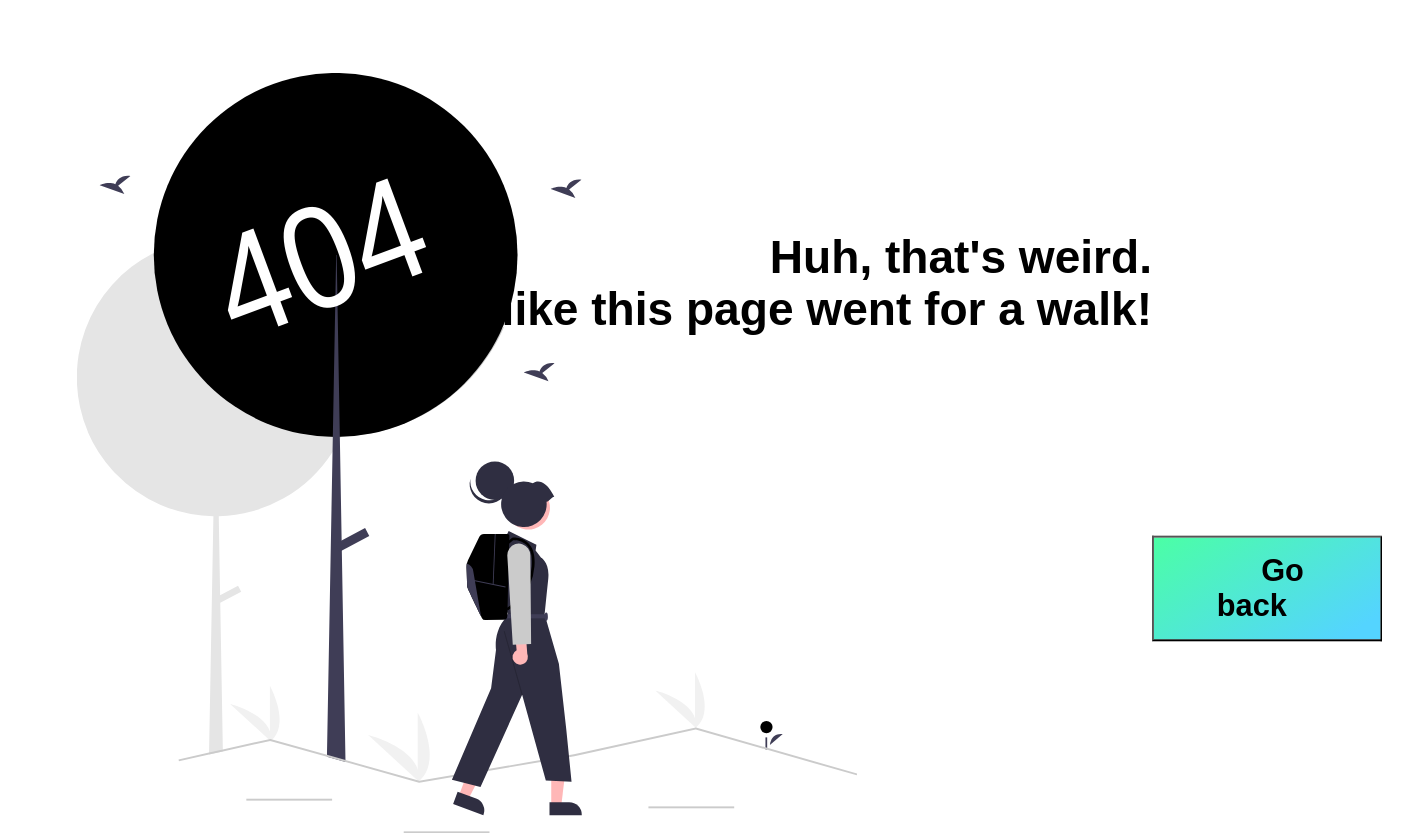
Repository: TeeJaysDev/Portfolio
Page: 404.html
An editor plug-in stored every save of this project. The page is shown before and after the next save, followed by the edit.
The browser window is 1280 px wide. The page is 1440 px wide, then 1472 px, so the pictures cover 1472 px, including what lies to the right of the window. The pictures show the whole page, at 96% of full size.

Above is the page before, as saved 2021-06-11 23:27:16.

After the next save:
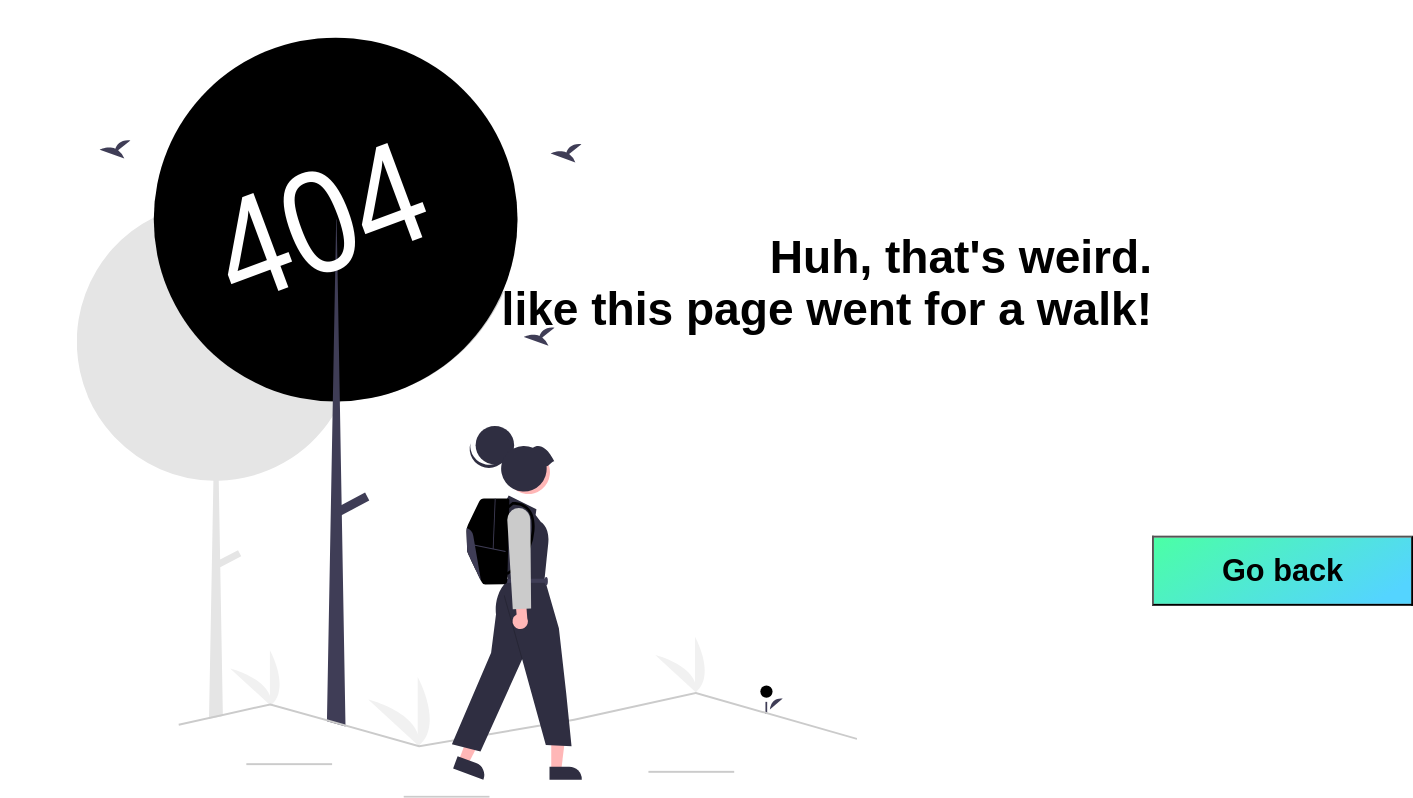
Saved 8 s later.
--- a/404.css
+++ b/404.css
@@ -38,7 +38,7 @@
 
 .error button {
     padding: 1rem 2rem 1rem 2rem;
-    width: 15rem;
+    width: 17rem;
     font-weight: bold;
     font-size: 1.2rem;
     text-align: center;
